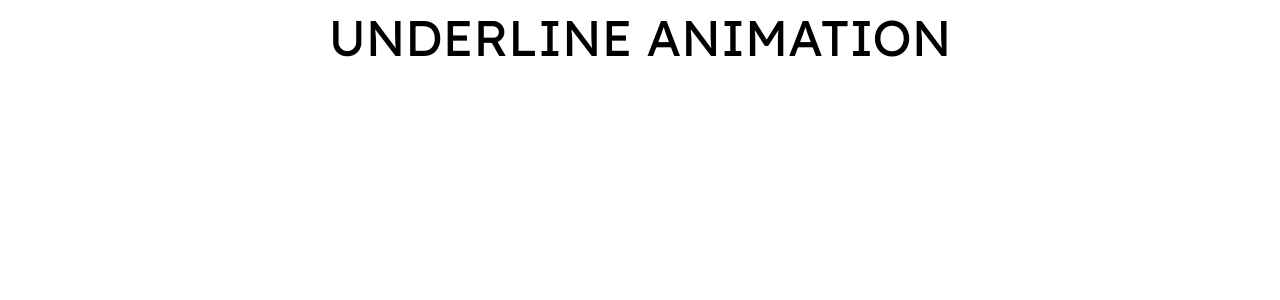
Repository: javals243/Reusable-component
Page: /
These files come from the project's save history. The page is drawn as it stood at one moment and after the next save; the edit follows.
The browser window is 1280 px wide. The pictures show the whole page.
The project was rebuilt for these pictures with package versions that can differ from the ones it lists, and the page was loaded fresh each time. The framework's server and built-in components were replaced by stand-ins that run in the browser. Also part of the build but not shown: next.config.js, components/MasonryLayout/MansonryLayout.tsx, components/ProductCard/ProductCard.tsx.

Above is the page before, as saved 2023-01-03 10:10:34.

After the next save:
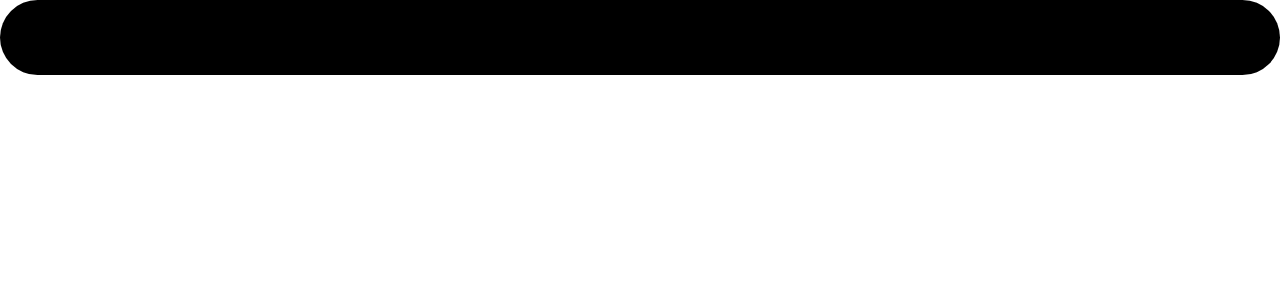
Saved 2 min 58 s later.
--- a/components/UnderlineAnimation/UnderlineAnimation.tsx
+++ b/components/UnderlineAnimation/UnderlineAnimation.tsx
@@ -3,7 +3,7 @@ import React from 'react'
 function UnderlineAnimation() {
   return (
     <div className="flex justify-center items-center">
-        <a href="" className='text-[50px] no-underline relative uppercase text-black'>Underline Animation</a>
+        <a href="" className='text-[50px] no-underline relative uppercase text-black after:block after:absolute after:bottom-0 after:h-[2px] w-[100%] bg-black rounded-[9999px]'>Underline Animation</a>
     </div>
   )
 }
